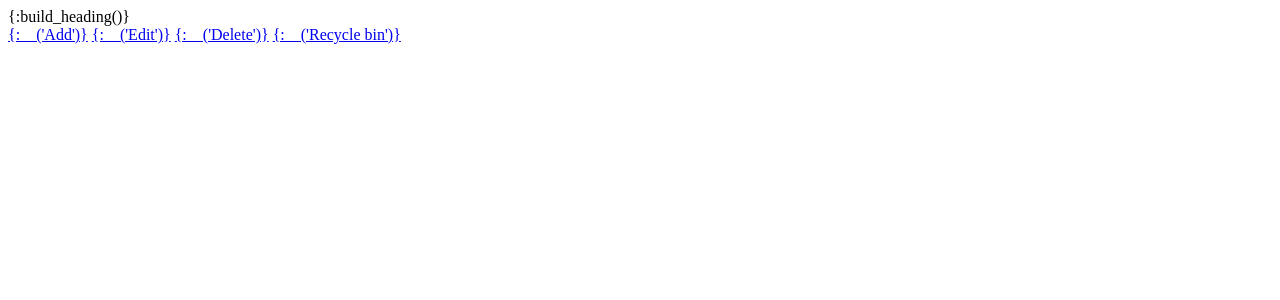
Repository: Akarin-Akari/xiaomaguantest
Page: application/admin/view/bill/installment/index.html
These files come from the project's save history. The page is drawn as it stood at one moment and after the next save; the edit follows.
The browser window is 1280 px wide. The pictures show the whole page.

Above is the page before, as saved 2024-01-23 16:37:43.

After the next save:
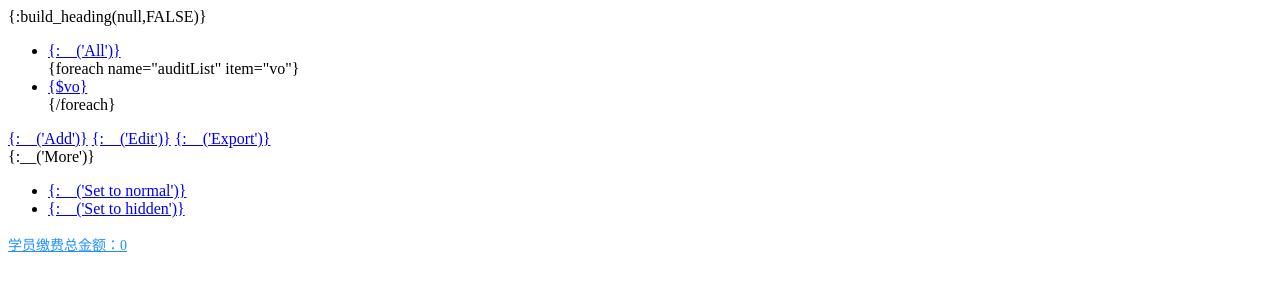
Saved 6 s later.
--- a/application/admin/view/bill/installment/index.html
+++ b/application/admin/view/bill/installment/index.html
@@ -1,5 +1,14 @@
 <div class="panel panel-default panel-intro">
-    {:build_heading()}
+
+    <div class="panel-heading">
+        {:build_heading(null,FALSE)}
+        <ul class="nav nav-tabs" data-field="audit">
+            <li class="{:$Think.get.audit === null ? 'active' : ''}"><a href="#t-all" data-value="" data-toggle="tab">{:__('All')}</a></li>
+            {foreach name="auditList" item="vo"}
+            <li class="{:$Think.get.audit === (string)$key ? 'active' : ''}"><a href="#t-{$key}" data-value="{$key}" data-toggle="tab">{$vo}</a></li>
+            {/foreach}
+        </ul>
+    </div>
 
     <div class="panel-body">
         <div id="myTabContent" class="tab-content">
@@ -9,12 +18,24 @@
                         <a href="javascript:;" class="btn btn-primary btn-refresh" title="{:__('Refresh')}" ><i class="fa fa-refresh"></i> </a>
                         <a href="javascript:;" class="btn btn-success btn-add {:$auth->check('bill/installment/add')?'':'hide'}" title="{:__('Add')}" ><i class="fa fa-plus"></i> {:__('Add')}</a>
                         <a href="javascript:;" class="btn btn-success btn-edit btn-disabled disabled {:$auth->check('bill/installment/edit')?'':'hide'}" title="{:__('Edit')}" ><i class="fa fa-pencil"></i> {:__('Edit')}</a>
-                        <a href="javascript:;" class="btn btn-danger btn-del btn-disabled disabled {:$auth->check('bill/installment/del')?'':'hide'}" title="{:__('Delete')}" ><i class="fa fa-trash"></i> {:__('Delete')}</a>
+                        <!--<a href="javascript:;" class="btn btn-danger btn-del btn-disabled disabled {:$auth->check('bill/installment/del')?'':'hide'}" title="{:__('Delete')}" ><i class="fa fa-trash"></i> {:__('Delete')}</a>-->
+                        <!-- <a href="javascript:;" class="btn btn-danger btn-import {:$auth->check('bill/installment/import')?'':'hide'}" title="{:__('Import')}"  data-url="ajax/upload" data-mimetype="csv,xls,xlsx" data-multiple="false"><i class="fa fa-upload"></i> {:__('Import')}</a> -->
 
+                        <a href="javascript:;" class="btn btn-success btn-export {:$auth->check('bill/installment/export')?'':'hide'}" title="{:__('Export')}" id="btn-export-file"><i class="fa fa-download"></i> {:__('Export')}</a>
+                        <div class="dropdown btn-group {:$auth->check('bill/installment/multi')?'':'hide'}">
+                            <a class="btn btn-primary btn-more dropdown-toggle btn-disabled disabled" data-toggle="dropdown"><i class="fa fa-cog"></i> {:__('More')}</a>
+                            <ul class="dropdown-menu text-left" role="menu">
+                                <li><a class="btn btn-link btn-multi btn-disabled disabled" href="javascript:;" data-params="status=normal"><i class="fa fa-eye"></i> {:__('Set to normal')}</a></li>
+                                <li><a class="btn btn-link btn-multi btn-disabled disabled" href="javascript:;" data-params="status=hidden"><i class="fa fa-eye-slash"></i> {:__('Set to hidden')}</a></li>
+                            </ul>
+                        </div>
+                        <a href="javascript:;" class="btn btn-default" style="font-size:14px;color:dodgerblue;">
+                            <i class="fa fa-cny"></i>
+                            <span class="money">
+                                学员缴费总金额：<span id="extend_money">0</span>
+                            </span>
+                        </a>
 
-
-
-                        <a class="btn btn-success btn-recyclebin btn-dialog {:$auth->check('bill/installment/recyclebin')?'':'hide'}" href="bill/installment/recyclebin" title="{:__('Recycle bin')}"><i class="fa fa-recycle"></i> {:__('Recycle bin')}</a>
                     </div>
                     <table id="table" class="table table-striped table-bordered table-hover table-nowrap"
                            data-operate-edit="{:$auth->check('bill/installment/edit')}"
@@ -27,3 +48,19 @@
         </div>
     </div>
 </div>
+
+<style>
+    .btn-icon1{
+        width: 20px;
+    }
+    .text-primary{
+        color: #18bc9c;
+    }
+    .text-success{
+        color: brown;
+    }
+
+    .pull-right{
+        visibility: hidden;
+    }
+</style>
